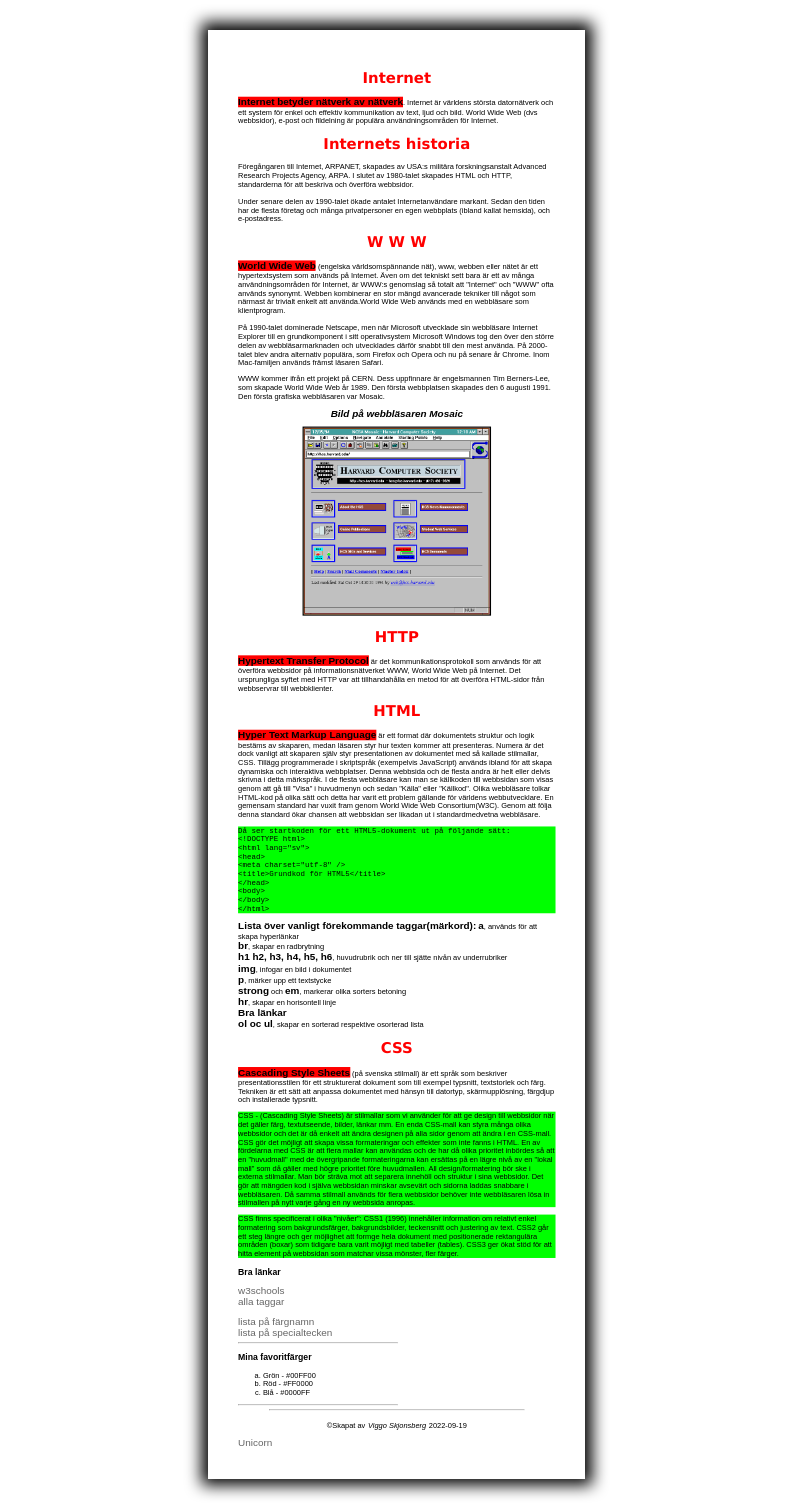
Repository: ViggoSkj/VGY
Page: ovningar/ovning3/ovning3.html
These files come from the project's save history. The page is drawn as it stood at one moment and after the next save; the edit follows.
The browser window is 1280 px wide. The pictures show the whole page, at 62% of full size.

Above is the page before, as saved 2022-11-27 11:38:57.

After the next save:
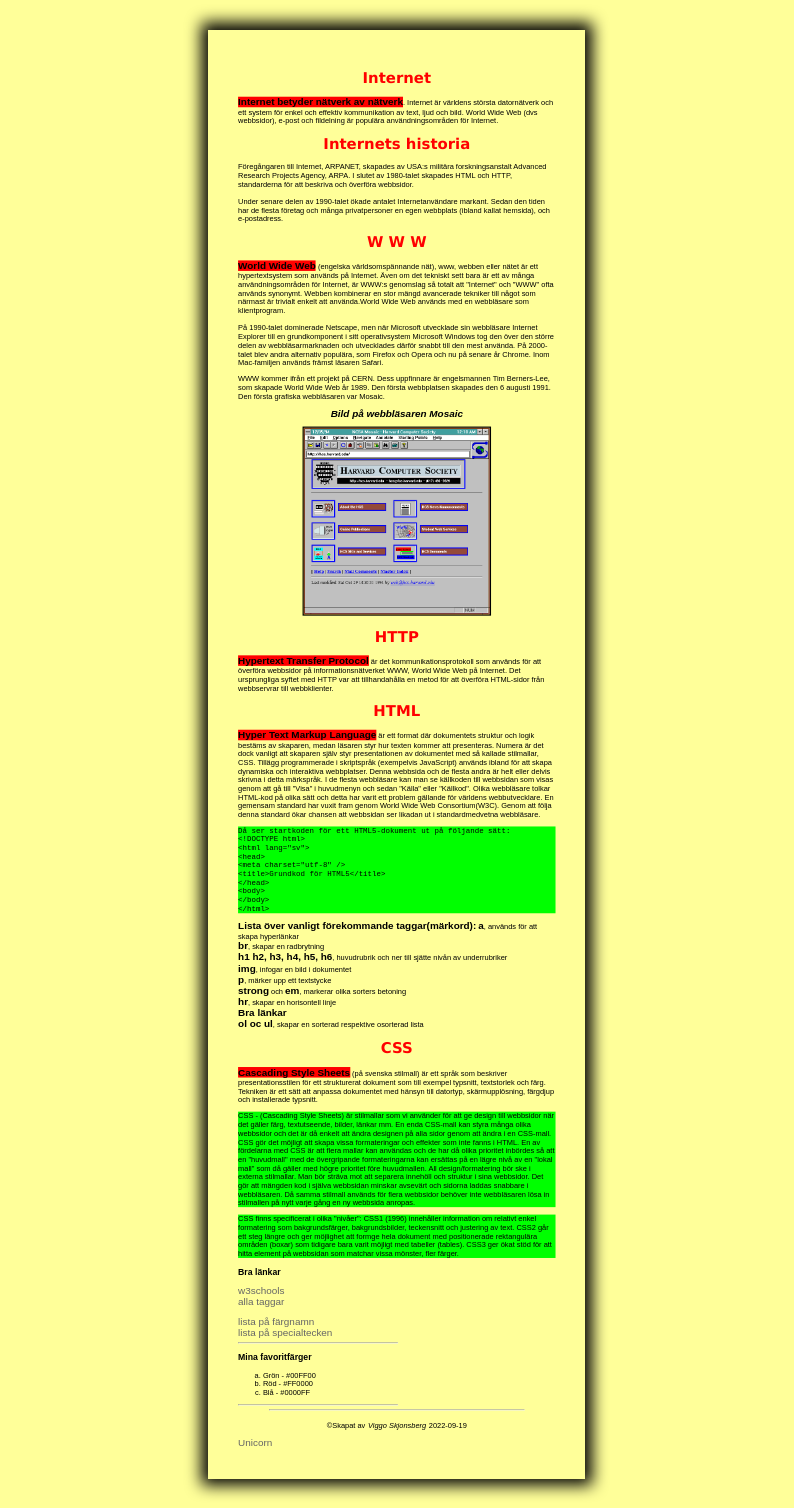
Saved 37 s later.
--- a/ovningar/ovning3/public/css/style.css
+++ b/ovningar/ovning3/public/css/style.css
@@ -2,7 +2,7 @@
 {
     font-size: 12px;
     font-family: Arial, Helvetica, sans-serif;
-
+    background-color: #ffff99;
 
     width: 40%;
     margin: auto;

After the save that followed:
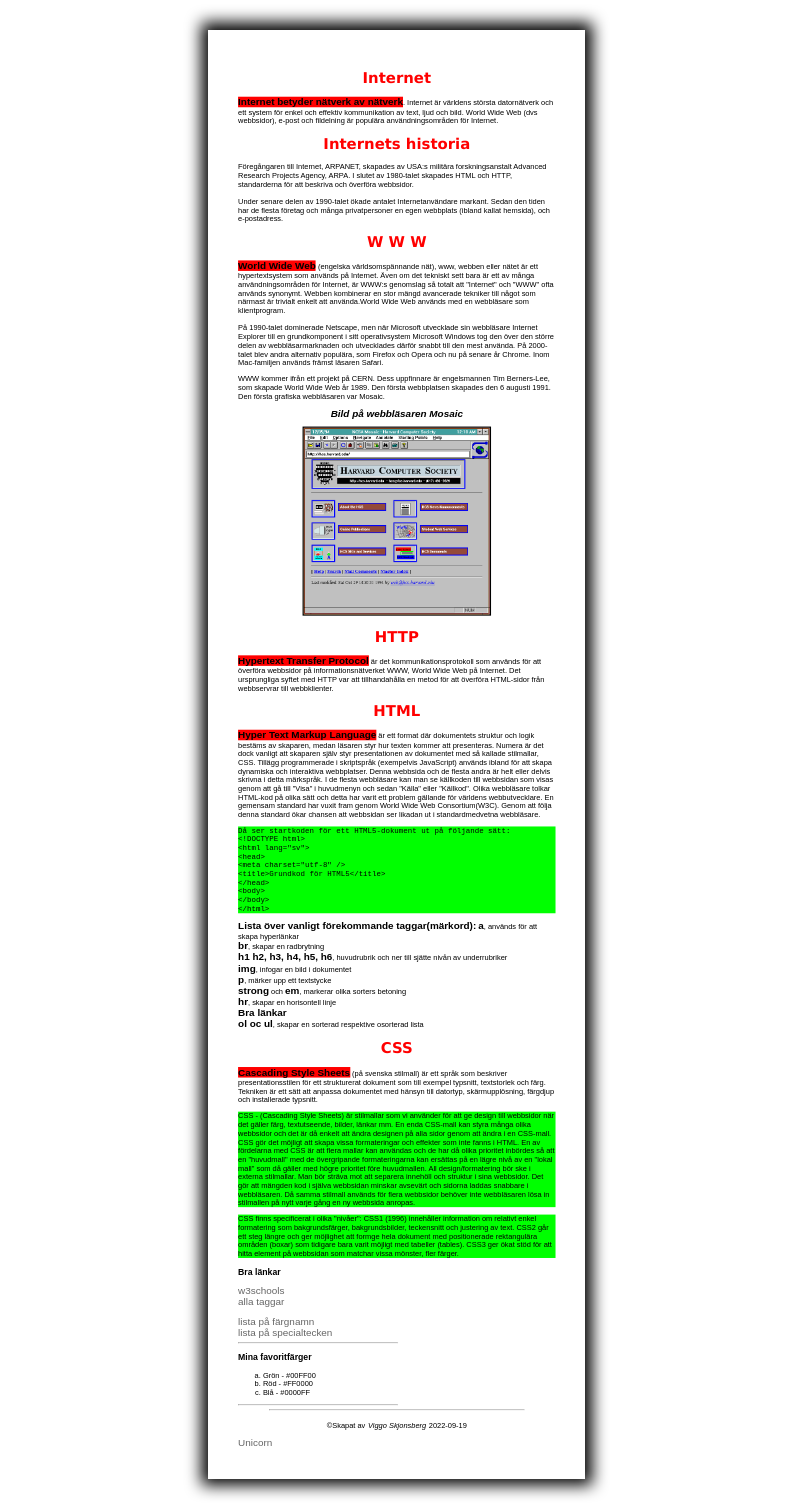
Saved 14 s later.
--- a/ovningar/ovning3/public/css/style.css
+++ b/ovningar/ovning3/public/css/style.css
@@ -2,7 +2,6 @@
 {
     font-size: 12px;
     font-family: Arial, Helvetica, sans-serif;
-    background-color: #ffff99;
 
     width: 40%;
     margin: auto;
